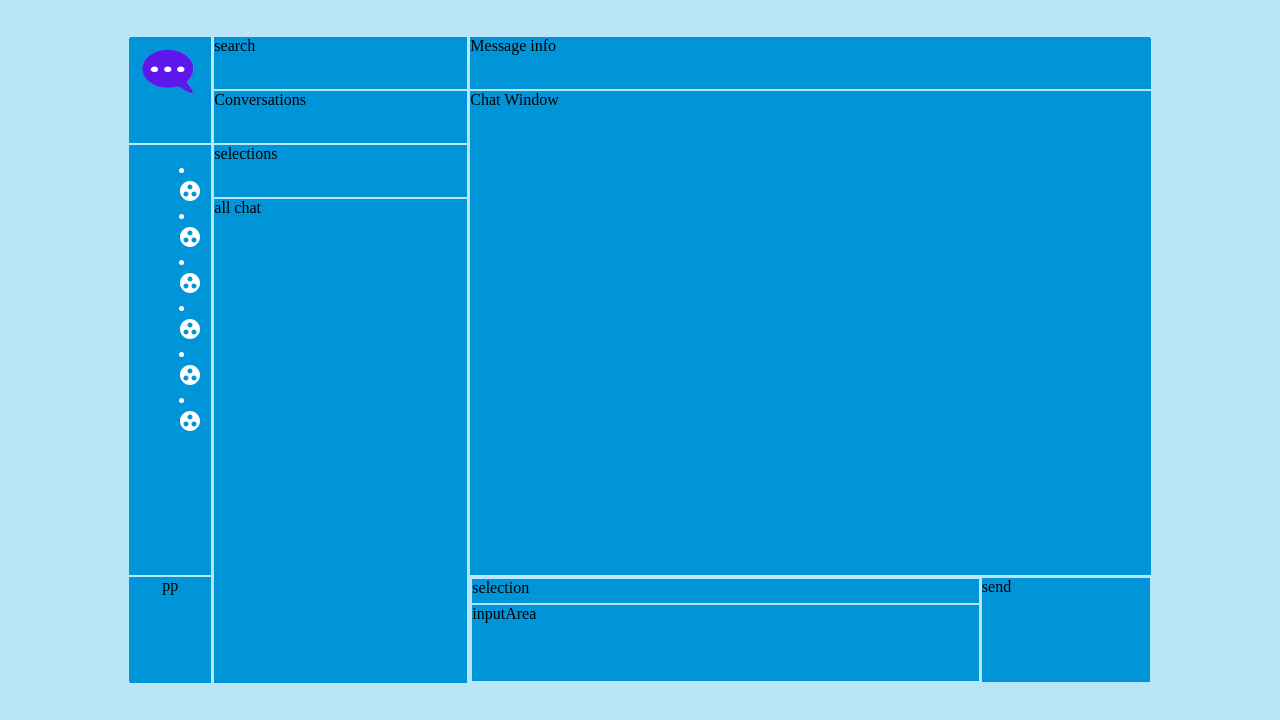
Repository: arafat877/super-chat
Page: /
These files come from the project's save history. The page is drawn as it stood at one moment and after the next save; the edit follows.
The browser window is 1280 px wide. The pictures show the whole page.
The project was rebuilt for these pictures with package versions that can differ from the ones it lists, and the page was loaded fresh each time.

Above is the page before, as saved 2020-08-04 23:14:10.

After the next save:
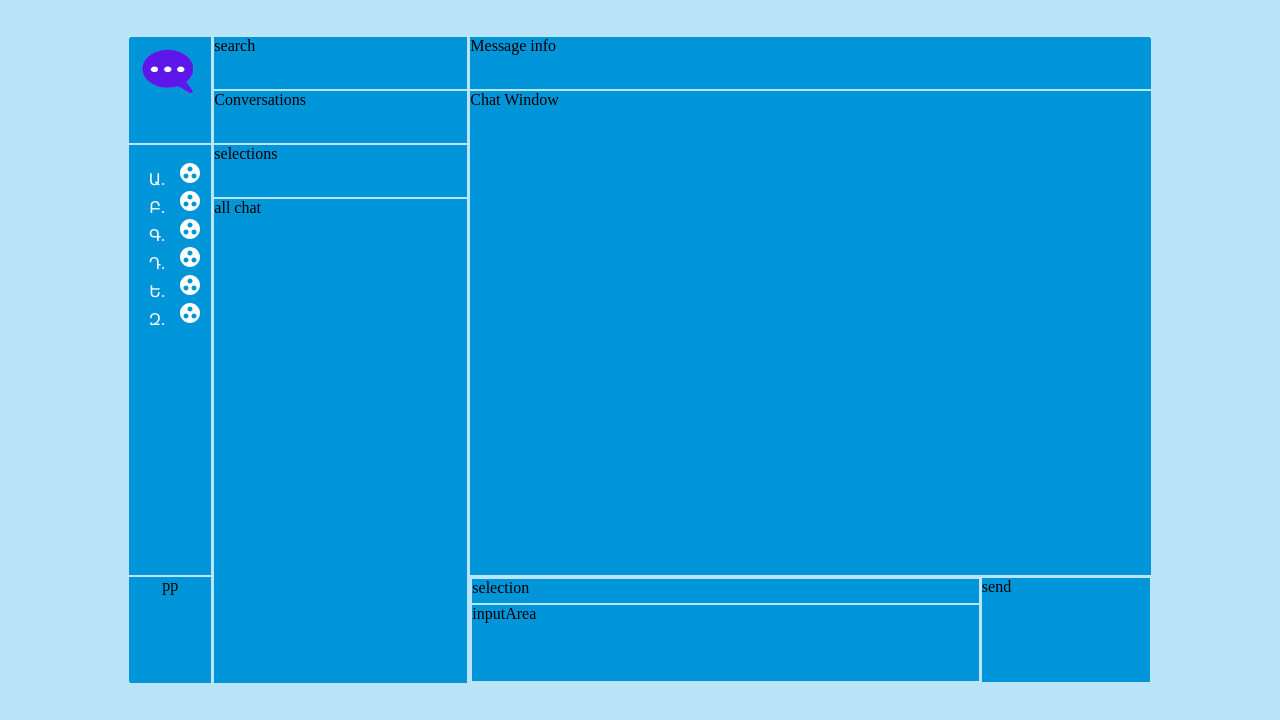
Saved 6 s later.
--- a/src/App.scss
+++ b/src/App.scss
@@ -46,7 +46,7 @@
         grid-row-end: 11;
 
         .mainList {
-          list-style: inside;
+          list-style: armenian;
 
           .mainListItem {
             color: white;
